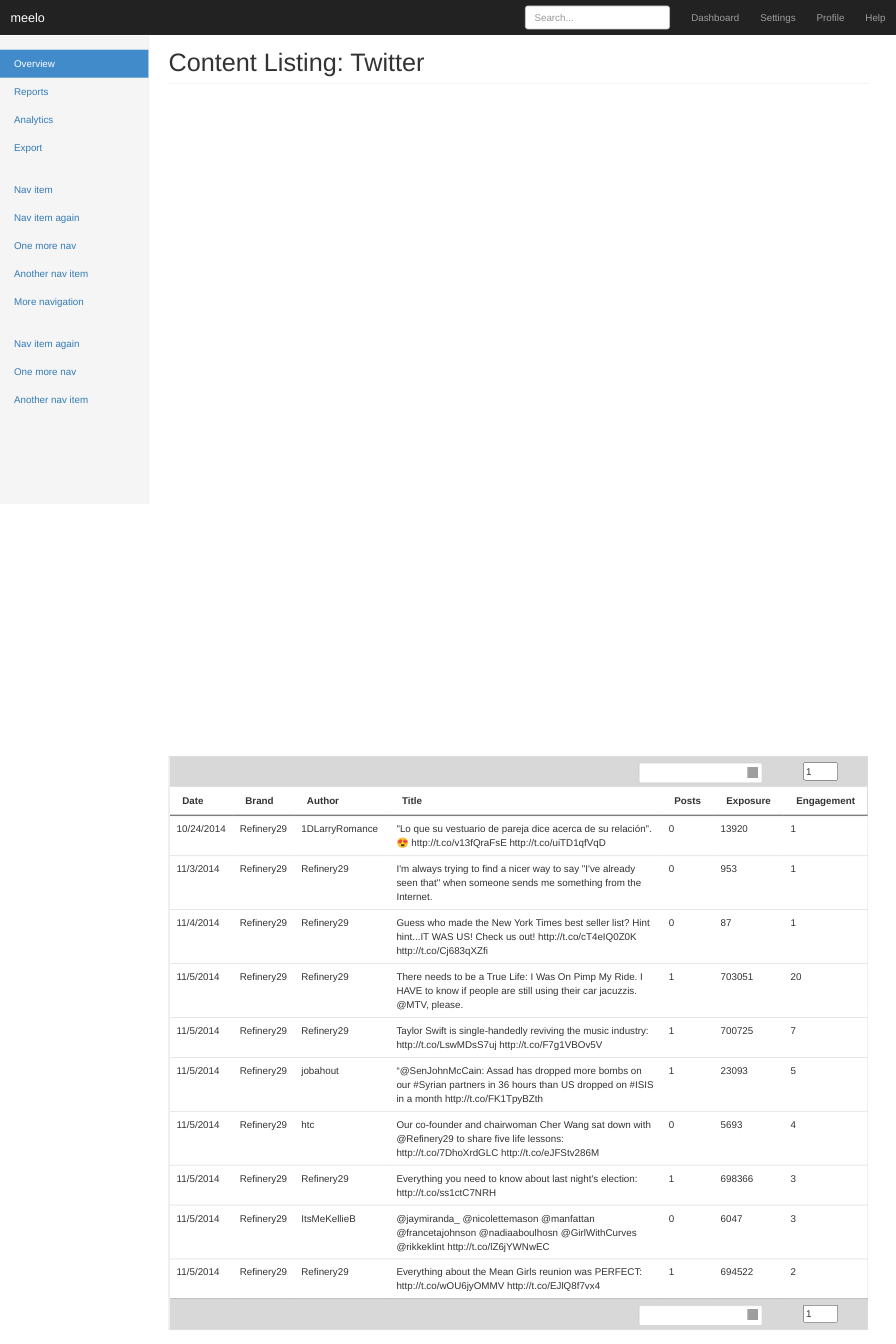
Repository: sadam0930/dashboard-example
Page: mclient/index.html
The author's editor kept a record of every edit. The page is drawn from the files as they stood at one moment, then again after the next edit.
The browser window is 1280 px wide. The pictures show the whole page, at 70% of full size.
Pictures or frames that could not be fetched are drawn as grey boxes.

Above is the page before.

After the next edit:
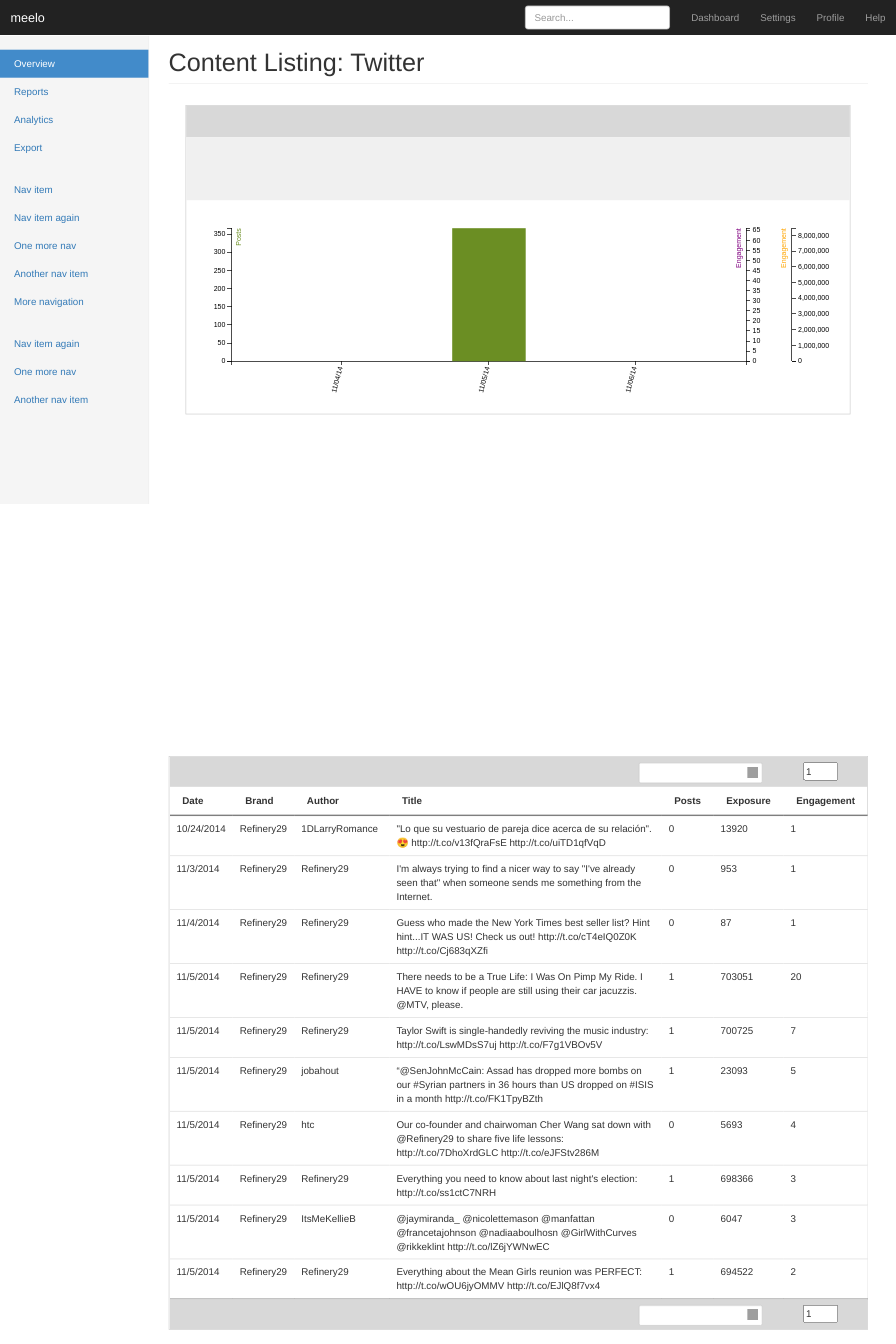
The edit:
--- a/mclient/index.html
+++ b/mclient/index.html
@@ -66,7 +66,10 @@
           <div class="wrapper gridster">
             <ul>
                <li data-row="1" data-col="1" data-sizex="1" data-sizey="1">
-
+                 <div class="widget" id="chart-1">
+                    <div class="top" style="height:45px"></div>
+                    <div class="info"></div>
+                  </div>
                </li>
                <li data-row="2" data-col="1" data-sizex="1" data-sizey="1">
 
